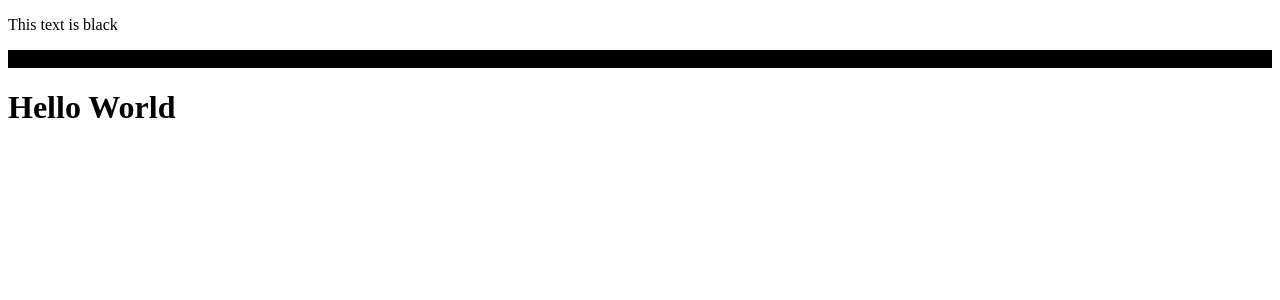
Repository: shravanramakunja/EventEase
Page: http://localhost/users/
An editor plug-in stored every save of this project. The page is shown before and after the next save, followed by the edit.
The browser window is 1280 px wide. The pictures show the whole page.
The page is served by the project's Node server (server.js). Other server files are loaded and not shown.

Above is the page before, as saved 2025-11-22 22:34:09.

### views/index.ejs
<!DOCTYPE html>
<html lang="en">
<head>
    <meta charset="UTF-8">
    <meta name="viewport" content="width=device-width, initial-scale=1.0">
    <title>Document</title>
</head>
<body>
  <p style="color: black;">This text is black</p>
<div style="background-color: black;">Box</div>

<div class="min-h-screen bg-black">
  <h1>Hello World</h1>
</div>

</body>
</html>

### server.js
// server.js

require("dotenv").config();
const express = require("express");
const path = require("path");
const session = require("express-session");
const bodyParser = require("body-parser");

const userRoutes = require("./routes/userRoutes");
const adminRoutes = require("./routes/adminRoutes");
const checkinRoutes = require("./routes/checkinRoutes");

const app = express();

// ----------------------
//  MIDDLEWARE SETUP
// ----------------------
app.use(bodyParser.urlencoded({ extended: true }));
app.use(bodyParser.json());
app.use(express.json());
// Serve static files (CSS, JS, images)
app.use(express.static(path.join(__dirname, "public")));

// Session configuration (for admin login)
app.use(
  session({
    secret: process.env.SESSION_SECRET || "somesecretkey",
    resave: false,
    saveUninitialized: false,
    cookie: {
      maxAge: 24 * 60 * 60 * 1000, // 1 day
    },
  })
);

// ----------------------
//  VIEW ENGINE SETUP
// ----------------------
app.set("view engine", "ejs");
app.set("views", path.join(__dirname, "views"));

// ----------------------
//  ROUTES
// ----------------------
app.use("/", userRoutes);
app.use("/admin", adminRoutes);
app.use("/checkin", checkinRoutes);
app.use("/users", userRoutes);

// Home redirect (optional)
app.get("/", (req, res) => {
  res.render("index"); // Registration page
});





// ----------------------
//  SERVER START
// ----------------------
const PORT = process.env.PORT || 5000;
app.listen(PORT, () => {
  console.log(`🚀 Server running on http://localhost:${PORT}`);
});

### routes/userRoutes.js
// routes/userRoutes.js
const express = require("express");
const router = express.Router();
const userController = require("../controllers/userController");

// Registration page
router.get("/", (req, res) => {
  res.render("index");
});

// Handle form submit
router.post("/register", userController.registerUser);

// Success page
router.get("/success", (req, res) => {
  res.render("success");
});

module.exports = router;

After the next save:
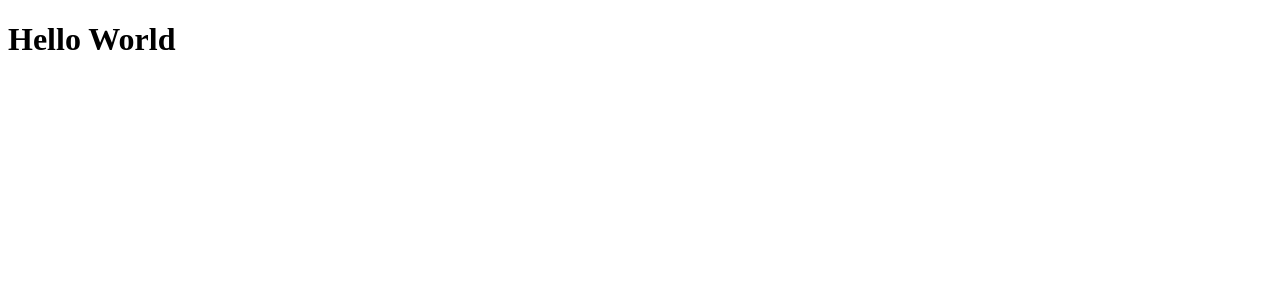
Saved 9 s later.
--- a/views/index.ejs
+++ b/views/index.ejs
@@ -6,8 +6,7 @@
     <title>Document</title>
 </head>
 <body>
-  <p style="color: black;">This text is black</p>
-<div style="background-color: black;">Box</div>
+
 
 <div class="min-h-screen bg-black">
   <h1>Hello World</h1>
